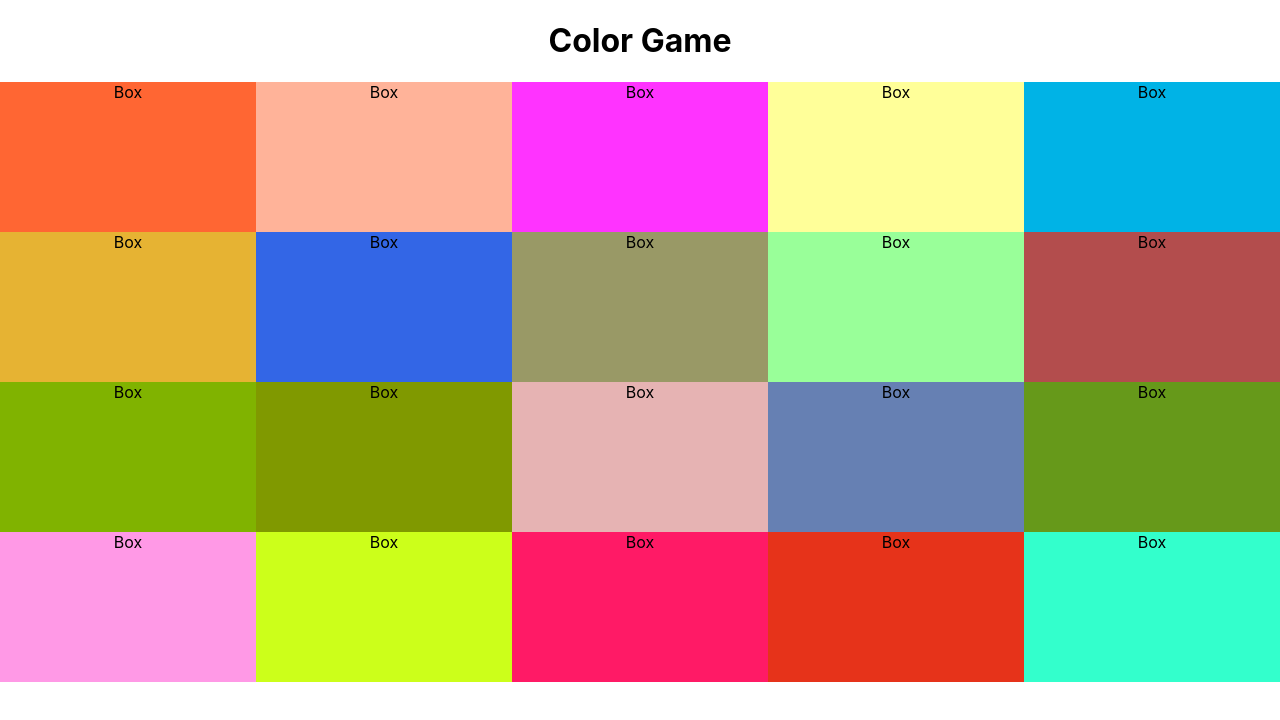
Repository: johnmutina/shades_of_blue
Page: /
These files come from the project's save history. The page is drawn as it stood at one moment and after the next save; the edit follows.
The browser window is 1280 px wide. The pictures show the whole page.
The project was rebuilt for these pictures with package versions that can differ from the ones it lists, and the page was loaded fresh each time.

Above is the page before, as saved 2019-06-22 14:27:07.

After the next save:
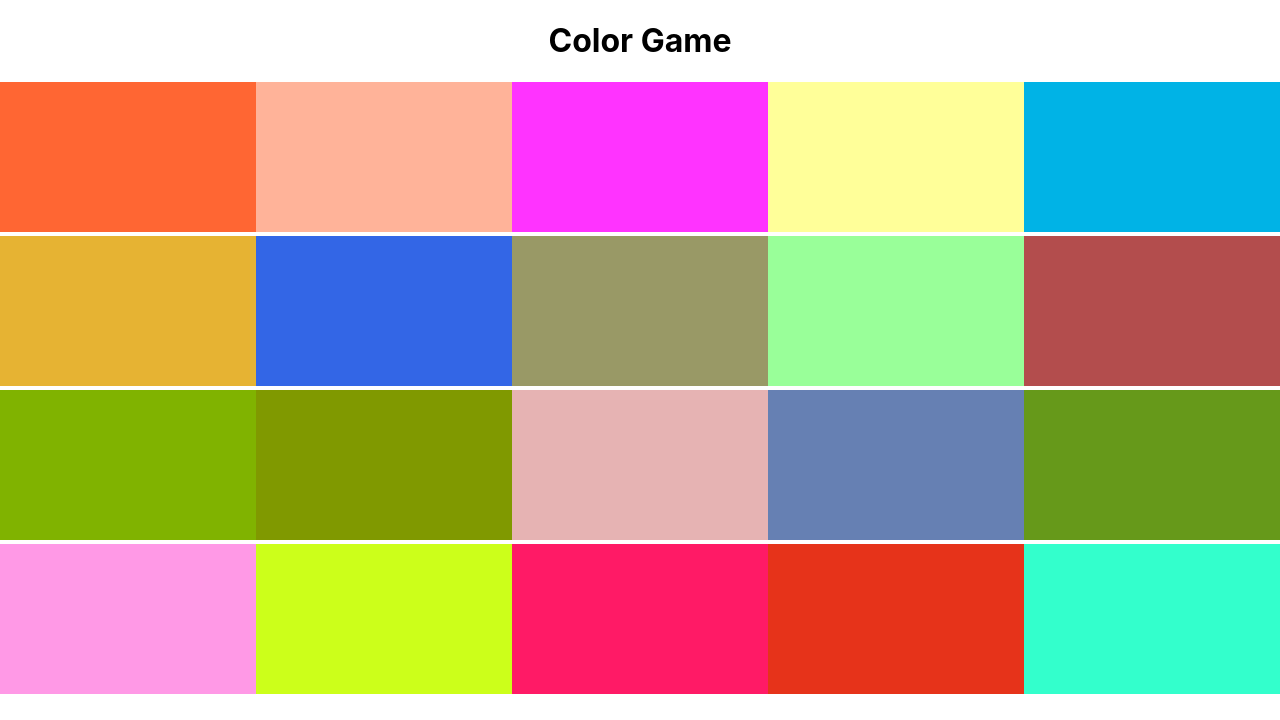
Saved 6 s later.
--- a/src/ColorBox.js
+++ b/src/ColorBox.js
@@ -4,7 +4,7 @@ import './ColorBox.css';
 class ColorBox extends Component {
     render(){
         return (
-            <div className="ColorBox" style={{backgroundColor: this.props.color}}>Box</div>
+            <div className="ColorBox" style={{backgroundColor: this.props.color}}></div>
         )
     }
 }
